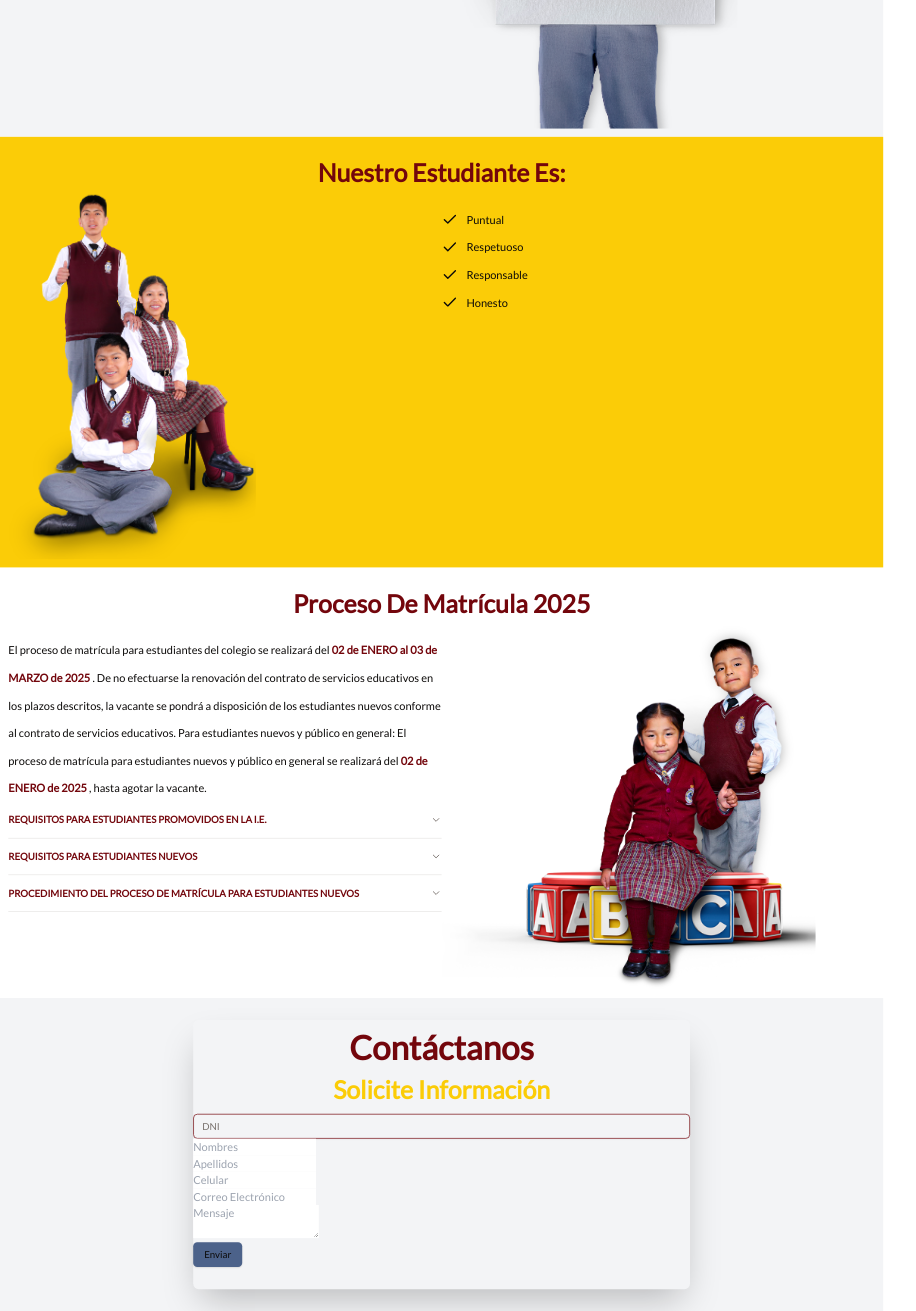
Repository: jefrydep/new_horizont_school
Page: /
These files come from the project's save history. The page is drawn as it stood at one moment and after the next save; the edit follows.
The browser window is 1280 px wide. The page is 1328 px wide, so the pictures cover 1328 px, including what lies to the right of the window. The pictures show the part of the page from y = 1838 to 3738 px (the page is 4668 px tall before and 4680 px after), at 69% of full size.
Pictures or frames that could not be fetched are drawn as grey boxes. The project was rebuilt for these pictures with package versions that can differ from the ones it lists, and the page was loaded fresh each time. The framework's server and built-in components were replaced by stand-ins that run in the browser. Also part of the build but not shown: next.config.ts.

Above is the page before, as saved 2024-11-28 20:45:27.

### src/app/layout.tsx
import type { Metadata } from "next";
import "./globals.css";
import Navbar from "@/components/Navbar";
import Footer from "@/components/Footer";


import { Lato } from 'next/font/google'

const lato = Lato({
  weight: '400',
  subsets: ['latin'],
  display: 'swap',
})

export const metadata: Metadata = {
  title: "COLEGIO INTERNACIONAL NUEVO HORIZONTE - JULIACA",
  description: "el mejor colegio de JULIACA,Colegio internacional nuevo horizonte",
};

export default function RootLayout({
  children,
}: Readonly<{
  children: React.ReactNode;
}>) {
  return (
    <html lang="es">

      <body
        className={` ${lato.className} antialiased `}
      >

        <div className="">
          <Navbar />
        </div>
        <main className="   ">

          {children}
          <div className="flex flex-col fixed  bottom-2     z-50   sm:top-1/2  gap-2">
            <a href="https://wa.me/+51999070701?text=Me%20gustar%C3%ADa%20recibir%20m%C3%A1s%20informaci%C3%B3n%20sobre%20el%20proceso%20de%20matr%C3%ADcula,%20requisitos%20y%20fechas%20importantes.%20Agradecer%C3%ADa%20su%20orientaci%C3%B3n%20para%20poder%20completar%20mi%20inscripci%C3%B3n%20de%20manera%20adecuada.%0A%0AQuedo%20atento%20a%20su%20respuesta.%0A%0ASaludos%20cordiales,%0A" target="_blank">
              {/* Solicitar información */}
              <img src="/whatsapp.png" alt="" className=" animate-bounce h-11  sm:h-16" />
            </a>

            <a href="https://www.tiktok.com/@colegionuevohorizonte" target="_blank">
              {/* Solicitar información */}
              <img src="/tik-tok.png" alt="" className=" animate-bounce h-11  sm:h-16 " />
            </a>
            <a href="https://www.facebook.com/internuevohorizonte  " target="_blank">
              {/* Solicitar información */}
              <img src="/facebook.png" alt="" className=" animate-bounce h-11  sm:h-16 " />
            </a>
            <a href="https://www.instagram.com/colegionuevohorizontejuliaca" target="_blank">
              {/* Solicitar información */}
              <img src="/instagram.png" alt="" className=" animate-bounce h-11  sm:h-16" />
            </a>
          </div>
        </main>
        <Footer />
      </body>
    </html>
  );
}

### src/app/page.tsx
import Form from "@/components/Form";
import Hero from "@/components/Hero";
import Location from "@/components/Location";
import PresentationCard from "@/components/PresentationCard";
import RegisterCard from "@/components/RegisterCard";
import StudentCard from "@/components/StudentCard";
import TrajectoryCard from "@/components/TrajectoryCard";

export default function Home() {
  return (
    <div className="">
      <Hero colorWave="#fff" title="¡Ya Iniciamos!" subtitle="ADMISION" year="2025" />
      <TrajectoryCard />
      <PresentationCard title="¡Bienvenidos Al Colegio!" subtitle="Nuevo Horizonte" />
      <StudentCard title="Nuestro Estudiante Es:" />
      <RegisterCard title="Proceso De Matrícula 2025" />
      <Form />
      <Location/>
    </div>
  );
}

### src/app/globals.css
@tailwind base;
@tailwind components;
@tailwind utilities;

body {
  font-family: Arial, Helvetica, sans-serif;
}

@layer base {
  :root {
    --background: 0 0% 100%;
    --foreground: 20 14.3% 4.1%;
    --card: 0 0% 100%;
    --card-foreground: 20 14.3% 4.1%;
    --popover: 0 0% 100%;
    --popover-foreground: 20 14.3% 4.1%;
    --primary: 24 9.8% 10%;
    --primary-foreground: 60 9.1% 97.8%;
    --secondary: 60 4.8% 95.9%;
    --secondary-foreground: 24 9.8% 10%;
    --muted: 60 4.8% 95.9%;
    --muted-foreground: 25 5.3% 44.7%;
    --accent: 60 4.8% 95.9%;
    --accent-foreground: 24 9.8% 10%;
    --destructive: 0 84.2% 60.2%;
    --destructive-foreground: 60 9.1% 97.8%;
    --border: 20 5.9% 90%;
    --input: 20 5.9% 90%;
    --ring: 20 14.3% 4.1%;
    --chart-1: 12 76% 61%;
    --chart-2: 173 58% 39%;
    --chart-3: 197 37% 24%;
    --chart-4: 43 74% 66%;
    --chart-5: 27 87% 67%;
    --radius: 0.5rem;
  }
  .dark {
    --background: 20 14.3% 4.1%;
    --foreground: 60 9.1% 97.8%;
    --card: 20 14.3% 4.1%;
    --card-foreground: 60 9.1% 97.8%;
    --popover: 20 14.3% 4.1%;
    --popover-foreground: 60 9.1% 97.8%;
    --primary: 60 9.1% 97.8%;
    --primary-foreground: 24 9.8% 10%;
    --secondary: 12 6.5% 15.1%;
    --secondary-foreground: 60 9.1% 97.8%;
    --muted: 12 6.5% 15.1%;
    --muted-foreground: 24 5.4% 63.9%;
    --accent: 12 6.5% 15.1%;
    --accent-foreground: 60 9.1% 97.8%;
    --destructive: 0 62.8% 30.6%;
    --destructive-foreground: 60 9.1% 97.8%;
    --border: 12 6.5% 15.1%;
    --input: 12 6.5% 15.1%;
    --ring: 24 5.7% 82.9%;
    --chart-1: 220 70% 50%;
    --chart-2: 160 60% 45%;
    --chart-3: 30 80% 55%;
    --chart-4: 280 65% 60%;
    --chart-5: 340 75% 55%;
  }
}

@layer base {
  * {
    @apply border-border;
  }
  body {
    @apply bg-background text-foreground;
  }
}
@keyframes slideDown {
  0% {
    transform: translateY(-20px);
    opacity: 0;
  }
  100% {
    transform: translateY(0);
    opacity: 1;
  }
}

.animate-slide-down {
  animation: slideDown 1s ease-out forwards;
}

/* Animación con retraso para un efecto de secuencia */
.animate-slide-down-delay-1 {
  animation: slideDown 1s ease-out forwards;
  animation-delay: 0.3s; /* Retraso para el primer texto */
}

.animate-slide-down-delay-2 {
  animation: slideDown 1s ease-out forwards;
  animation-delay: 0.6s; /* Retraso para el segundo texto */
}

### src/components/Form.tsx
"use client";

import React from "react";
import { Formik, Form, Field, ErrorMessage } from "formik";
import * as Yup from "yup";
import emailjs from "@emailjs/browser";
import { Button } from "./ui/button";
import { Input } from "./ui/input";

const ContactForm: React.FC = () => {
  const handleSubmit = async (
    values: any,
    { resetForm }: { resetForm: () => void }
  ) => {
    console.log(values);
    try {
      await emailjs.send(
        "service_ylr5l7x",
        "template_r33ljy7",
        values,
        "otiLUtXl2K09RKcCf"
      );
      alert("Mensaje enviado exitosamente");
      resetForm();
    } catch (error) {
      console.error("Error al enviar mensaje:", error);
      alert("Hubo un error al enviar el mensaje.");
    }
  };

  const validationSchema = Yup.object({
    dni: Yup.string().required("El DNI es obligatorio"),
    name: Yup.string().required("El nombre es obligatorio"),
    lastname: Yup.string().required("El apellido es obligatorio"),
    cellphone: Yup.string().required("El número de celular es obligatorio"),

    message: Yup.string().required("El mensaje es obligatorio"),
  });

  return (
    <div className="bg-gray-100  py-8">
      <div className="container pb-8 m-auto sm:w-[720px] shadow-2xl rounded-lg">
        <div className="py-4">
          <h5 className="font-bold mb-4  text-title  text-5xl text-center">
            Contáctanos
          </h5>
          <h4 className="font-bold text-4xl text-center text-subtitle">
            Solicite Información
          </h4>
        </div>
        <Formik
          initialValues={{
            dni: "",
            name: "",
            lastname: "",
            cellphone: "",
            email: "",
            message: "",
          }}
          validationSchema={validationSchema}
          onSubmit={handleSubmit}
        >
          <Form>
            <div>
              <Field name="dni" placeholder="DNI" className="input"  as={Input} />
              <ErrorMessage
                name="dni"
                component="div"
                className="text-red-500"
              />
            </div>
            <div>
              <Field name="name" placeholder="Nombres" className="input" />
              <ErrorMessage
                name="name"
                component="div"
                className="text-red-500"
              />
            </div>
            <div>
              <Field
                name="lastname"
                placeholder="Apellidos"
                className="input"
              />
              <ErrorMessage
                name="lastname"
                component="div"
                className="text-red-500"
              />
            </div>
            <div>
              <Field name="cellphone" placeholder="Celular" className="input" />
              <ErrorMessage
                name="cellphone"
                component="div"
                className="text-red-500"
              />
            </div>
            <div>
              <Field
                name="email"
                placeholder="Correo Electrónico"
                className="input"
              />
              <ErrorMessage
                name="email"
                component="div"
                className="text-red-500"
              />
            </div>
            <div>
              <Field
                name="message"
                as="textarea"
                placeholder="Mensaje"
                className="input"
              />
              <ErrorMessage
                name="message"
                component="div"
                className="text-red-500"
              />
            </div>
            <Button type="submit">Enviar</Button>
          </Form>
        </Formik>
      </div>
    </div>
  );
};

export default ContactForm;

### src/components/Location.tsx

export default function Location() {
    return (
        <div className='w-full container m-auto bg-red-400'>
            {/* <iframe src="https://www.google.com/maps/embed?pb=!1m18!1m12!1m3!1d3844.9316625787906!2d-70.12231792745375!3d-15.488107585110283!2m3!1f0!2f0!3f0!3m2!1i1024!2i768!4f13.1!3m3!1m2!1s0x9167f3956c2bda63%3A0x64c4524617e0482a!2sColegio%20Nuevo%20Horizonte!5e0!3m2!1ses-419!2spe!4v1731094832258!5m2!1ses-419!2spe" width="600" height="450" style="border:0;" allowfullscreen="" loading="lazy" referrerpolicy="no-referrer-when-downgrade"></iframe> */}
            <iframe src="https://www.google.com/maps/embed?pb=!1m18!1m12!1m3!1d3844.9316625787906!2d-70.12231792745375!3d-15.488107585110283!2m3!1f0!2f0!3f0!3m2!1i1024!2i768!4f13.1!3m3!1m2!1s0x9167f3956c2bda63%3A0x64c4524617e0482a!2sColegio%20Nuevo%20Horizonte!5e0!3m2!1ses-419!2spe!4v1731094832258!5m2!1ses-419!2spe" width="100%" height="450"   loading="lazy"  ></iframe>
        </div>
    )
}

### src/components/PresentationCard.tsx
import {
    Accordion,
    AccordionContent,
    AccordionItem,
    AccordionTrigger,
} from "@/components/ui/accordion"


interface Props {
    title: string;
    subtitle: string;

}

export default function PresentationCard({ title, subtitle }: Props) {
    return (
        <div className="bg-gray-100">

            <div className="container grid  grid-cols-1 sm:grid-cols-2 gap-10   m-auto p-3">
                <div className="  w-full ">
                    <h4 className="text-4xl mt-4">{title}</h4>
                    <h4 className="text-4xl font-bold text-title">{subtitle}</h4>
                    <div className="leading-10 text-base mt-4">

                        <p>
                            El talento y la inteligencia de nuestros estudiantes y la alta preparación de nuestros docentes nos han hecho merecedores de los primeros lugares en premios de talla local, nacional. Ahora vamos por más...
                            Rumbo a las Bodas de Plata.

                        </p>

                    </div>
                    <div>
                        <Accordion type="single" collapsible>

                            <AccordionItem value="item-1 "  >
                                <AccordionTrigger className="text-title font-bold ">NIVEL PRIMARIA </AccordionTrigger>
                                <AccordionContent className="text-base leading-8">
                                    ¡Excelencia y dedicación en la formación del estudiante!
                                    Preparamos a nuestros estudiantes para responder a las exigencias de un mundo globalizado.
                                </AccordionContent>
                            </AccordionItem>


                            <AccordionItem value="item-2 "  >
                                <AccordionTrigger className="text-title font-bold ">NIVEL SECUNDARIA </AccordionTrigger>
                                <AccordionContent className="text-base leading-8">
                                    ¡Calidad e innovación en una formación integral!
                                    Nuestra finalidad fundamental es consolidar a través de un trabajo especializado por áreas, un plan estructurado de las áreas curriculares que está enfocado en el desarrollo de competencias y proyectos científicos.
                                </AccordionContent>
                            </AccordionItem>
                        </Accordion>




                    </div>
                </div>
                <div>
                    <img src="/matricula.png" alt=""  className="sm:h-[35rem]"/>
                </div>


            </div>
        </div>
    )
}

### src/components/StudentCard.tsx
import { Check } from "lucide-react";
const student = [
    {
        id: 1,
        profile: "Puntual"
    },
    {
        id: 2,
        profile: "Respetuoso"
    },
    {
        id: 3,
        profile: "Responsable"
    },
    {
        id: 4,
        profile: "Honesto"
    },

]
interface Props {
    title: string;

}
export default function StudentCard({ title }: Props) {
    return (
        <div className="bg-[#fbcc07] pt-8">

            <h4 className="text-4xl  text-title text-center font-bold">{title}</h4>
            <div className="container grid  grid-cols-1 sm:grid-cols-2   m-auto p-3">
                <div>
                    <img src="/SECUNDARIA.png" alt="nivel primaria" className="h-[23rem] sm:h-[33rem]" />
                </div>
                <div className="  w-full ">
                    {/* <h4 className="text-4xl">{subtitle}</h4> */}
                    <div className="leading-10 text-base mt-4">
                        {student.map(student => (



                            <span key={student.id} className="flex   items-center">
                                <Check />
                                <p className="ml-3">
                                    {student.profile}
                                </p>
                            </span>
                        ))}

                    </div>

                </div>


            </div>
        </div>
    )
}

### src/components/ui/button.tsx
import * as React from "react"
import { Slot } from "@radix-ui/react-slot"
import { cva, type VariantProps } from "class-variance-authority"

import { cn } from "@/lib/utils"

const buttonVariants = cva(
  "inline-flex items-center justify-center gap-2 whitespace-nowrap rounded-md text-sm font-medium transition-colors focus-visible:outline-none focus-visible:ring-1 focus-visible:ring-ring disabled:pointer-events-none disabled:opacity-50 [&_svg]:pointer-events-none [&_svg]:size-4 [&_svg]:shrink-0",
  {
    variants: {
      variant: {
        default:
          "bg-primary text-primary-foreground shadow hover:bg-primary/90",
        destructive:
          "bg-destructive text-destructive-foreground shadow-sm hover:bg-destructive/90",
        outline:
          "border border-input bg-background shadow-sm hover:bg-accent hover:text-accent-foreground",
        secondary:
          "bg-secondary text-secondary-foreground shadow-sm hover:bg-secondary/80",
        ghost: "hover:bg-accent hover:text-accent-foreground",
        link: "text-primary underline-offset-4 hover:underline",
      },
      size: {
        default: "h-9 px-4 py-2",
        sm: "h-8 rounded-md px-3 text-xs",
        lg: "h-10 rounded-md px-8",
        icon: "h-9 w-9",
      },
    },
    defaultVariants: {
      variant: "default",
      size: "default",
    },
  }
)

export interface ButtonProps
  extends React.ButtonHTMLAttributes<HTMLButtonElement>,
    VariantProps<typeof buttonVariants> {
  asChild?: boolean
}

const Button = React.forwardRef<HTMLButtonElement, ButtonProps>(
  ({ className, variant, size, asChild = false, ...props }, ref) => {
    const Comp = asChild ? Slot : "button"
    return (
      <Comp
        className={cn(buttonVariants({ variant, size, className }))}
        ref={ref}
        {...props}
      />
    )
  }
)
Button.displayName = "Button"

export { Button, buttonVariants }

### src/components/ui/input.tsx
import * as React from "react"

import { cn } from "@/lib/utils"

const Input = React.forwardRef<HTMLInputElement, React.ComponentProps<"input">>(
  ({ className, type, ...props }, ref) => {
    return (
      <input
        type={type}
        className={cn(
          "flex h-9 w-full rounded-md border  border-title bg-transparent  px-3 py-1 text-base shadow-sm transition-colors file:border-0 file:bg-transparent file:text-sm file:font-medium file:text-foreground placeholder:text-muted-foreground focus-visible:outline-none focus-visible:ring-1 focus-visible:ring-ring disabled:cursor-not-allowed disabled:opacity-50 md:text-sm",
          className
        )}
        ref={ref}
        {...props}
      />
    )
  }
)
Input.displayName = "Input"

export { Input }

### src/components/ui/accordion.tsx
"use client"

import * as React from "react"
import * as AccordionPrimitive from "@radix-ui/react-accordion"
import { ChevronDown } from "lucide-react"

import { cn } from "@/lib/utils"

const Accordion = AccordionPrimitive.Root

const AccordionItem = React.forwardRef<
  React.ElementRef<typeof AccordionPrimitive.Item>,
  React.ComponentPropsWithoutRef<typeof AccordionPrimitive.Item>
>(({ className, ...props }, ref) => (
  <AccordionPrimitive.Item
    ref={ref}
    className={cn("border-b", className)}
    {...props}
  />
))
AccordionItem.displayName = "AccordionItem"

const AccordionTrigger = React.forwardRef<
  React.ElementRef<typeof AccordionPrimitive.Trigger>,
  React.ComponentPropsWithoutRef<typeof AccordionPrimitive.Trigger>
>(({ className, children, ...props }, ref) => (
  <AccordionPrimitive.Header className="flex">
    <AccordionPrimitive.Trigger
      ref={ref}
      className={cn(
        "flex flex-1 items-center justify-between py-4 text-sm font-medium transition-all hover:underline text-left [&[data-state=open]>svg]:rotate-180",
        className
      )}
      {...props}
    >
      {children}
      <ChevronDown className="h-4 w-4 shrink-0 text-muted-foreground transition-transform duration-200" />
    </AccordionPrimitive.Trigger>
  </AccordionPrimitive.Header>
))
AccordionTrigger.displayName = AccordionPrimitive.Trigger.displayName

const AccordionContent = React.forwardRef<
  React.ElementRef<typeof AccordionPrimitive.Content>,
  React.ComponentPropsWithoutRef<typeof AccordionPrimitive.Content>
>(({ className, children, ...props }, ref) => (
  <AccordionPrimitive.Content
    ref={ref}
    className="overflow-hidden text-sm data-[state=closed]:animate-accordion-up data-[state=open]:animate-accordion-down"
    {...props}
  >
    <div className={cn("pb-4 pt-0", className)}>{children}</div>
  </AccordionPrimitive.Content>
))
AccordionContent.displayName = AccordionPrimitive.Content.displayName

export { Accordion, AccordionItem, AccordionTrigger, AccordionContent }

### tailwind.config.ts
import type { Config } from "tailwindcss";

export default {
	darkMode: ["class"],
	content: [
		"./src/pages/**/*.{js,ts,jsx,tsx,mdx}",
		"./src/components/**/*.{js,ts,jsx,tsx,mdx}",
		"./src/app/**/*.{js,ts,jsx,tsx,mdx}",
	],
	theme: {
    	extend: {
    		colors: {
    			background: 'hsl(var(--background))',
    			foreground: 'hsl(var(--foreground))',
    			card: {
    				DEFAULT: 'hsl(var(--card))',
    				foreground: 'hsl(var(--card-foreground))'
    			},
    			popover: {
    				DEFAULT: 'hsl(var(--popover))',
    				foreground: 'hsl(var(--popover-foreground))'
    			},
    			primary: {
    				DEFAULT: '#4c628a'
    			},
    			secondary: {
    				DEFAULT: '#1c1c1c'
    			},
    			backgroundGray: {
    				DEFAULT: '#d1d1d1'
    			},
				title:{
					DEFAULT:"#73060C"
				},
				subtitle:{
					DEFAULT:"#fbcc07"
				},
    			muted: {
    				DEFAULT: 'hsl(var(--muted))',
    				foreground: 'hsl(var(--muted-foreground))'
    			},
    			accent: {
    				DEFAULT: 'hsl(var(--accent))',
    				foreground: 'hsl(var(--accent-foreground))'
    			},
    			destructive: {
    				DEFAULT: 'hsl(var(--destructive))',
    				foreground: 'hsl(var(--destructive-foreground))'
    			},
    			border: 'hsl(var(--border))',
    			input: 'hsl(var(--input))',
    			ring: 'hsl(var(--ring))',
    			chart: {
    				'1': 'hsl(var(--chart-1))',
    				'2': 'hsl(var(--chart-2))',
    				'3': 'hsl(var(--chart-3))',
    				'4': 'hsl(var(--chart-4))',
    				'5': 'hsl(var(--chart-5))'
    			}
    		},
    		borderRadius: {
    			lg: 'var(--radius)',
    			md: 'calc(var(--radius) - 2px)',
    			sm: 'calc(var(--radius) - 4px)'
    		},
    		keyframes: {
    			'accordion-down': {
    				from: {
    					height: '0'
    				},
    				to: {
    					height: 'var(--radix-accordion-content-height)'
    				}
    			},
    			'accordion-up': {
    				from: {
    					height: 'var(--radix-accordion-content-height)'
    				},
    				to: {
    					height: '0'
    				}
    			}
    		},
    		animation: {
    			'accordion-down': 'accordion-down 0.2s ease-out',
    			'accordion-up': 'accordion-up 0.2s ease-out'
    		}
    	}
    },
	plugins: [require("tailwindcss-animate")],
} satisfies Config;

Loaded but not shown: src/lib/utils.ts (common file); src/app/data/data.ts (459 lines, source omitted); src/components/Navbar.tsx (273 lines, source omitted); src/components/RegisterCard.tsx (178 lines, source omitted); src/components/ui/carousel.tsx (262 lines, source omitted); src/components/Hero.tsx (158 lines, source omitted); src/components/ui/navigation-menu.tsx (128 lines, source omitted); src/components/ui/sheet.tsx (140 lines, source omitted); src/components/Footer.tsx (97 lines, source omitted); src/components/TrajectoryCard.tsx (65 lines, source omitted)

After the next save:
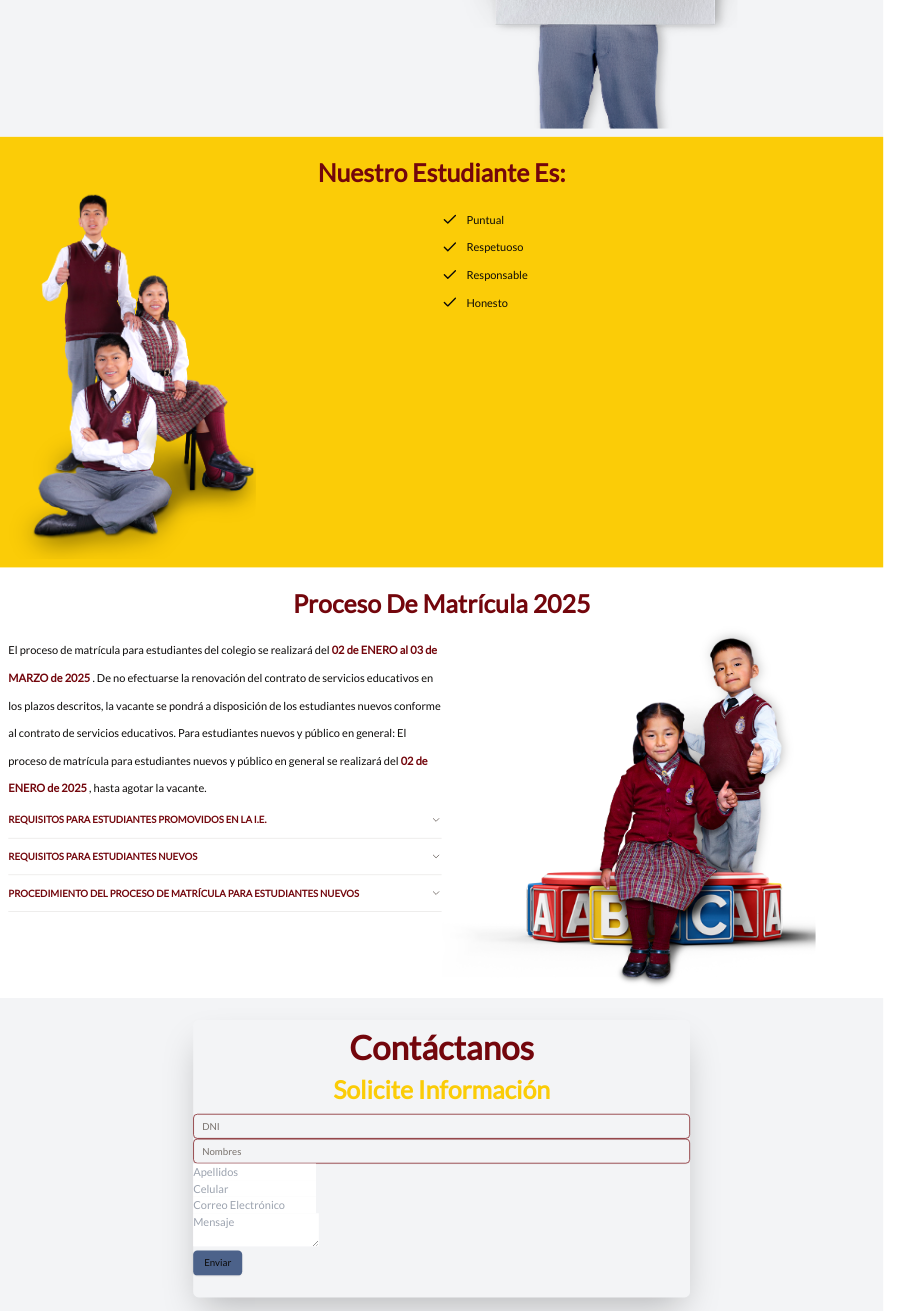
Saved 29 s later.
--- a/src/components/Form.tsx
+++ b/src/components/Form.tsx
@@ -70,7 +70,7 @@ const ContactForm: React.FC = () => {
               />
             </div>
             <div>
-              <Field name="name" placeholder="Nombres" className="input" />
+              <Field as={Input} name="name" placeholder="Nombres" className="input" />
               <ErrorMessage
                 name="name"
                 component="div"
